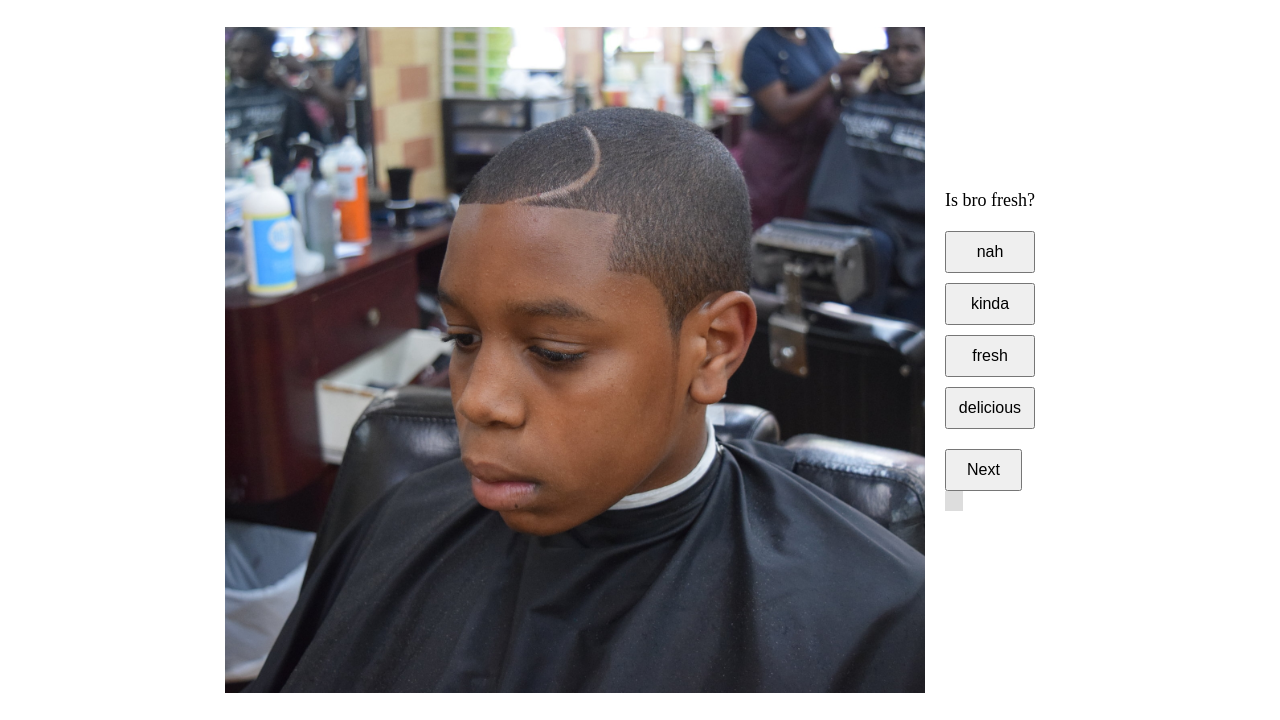
Repository: anderscederberg11/unhandledRuntimeError.json
Page: Henver/henver2.html
These files come from the project's save history. The page is drawn as it stood at one moment and after the next save; the edit follows.
The browser window is 1280 px wide. The pictures show the whole page.

Above is the page before, as saved 2024-05-24 18:31:40.

After the next save:
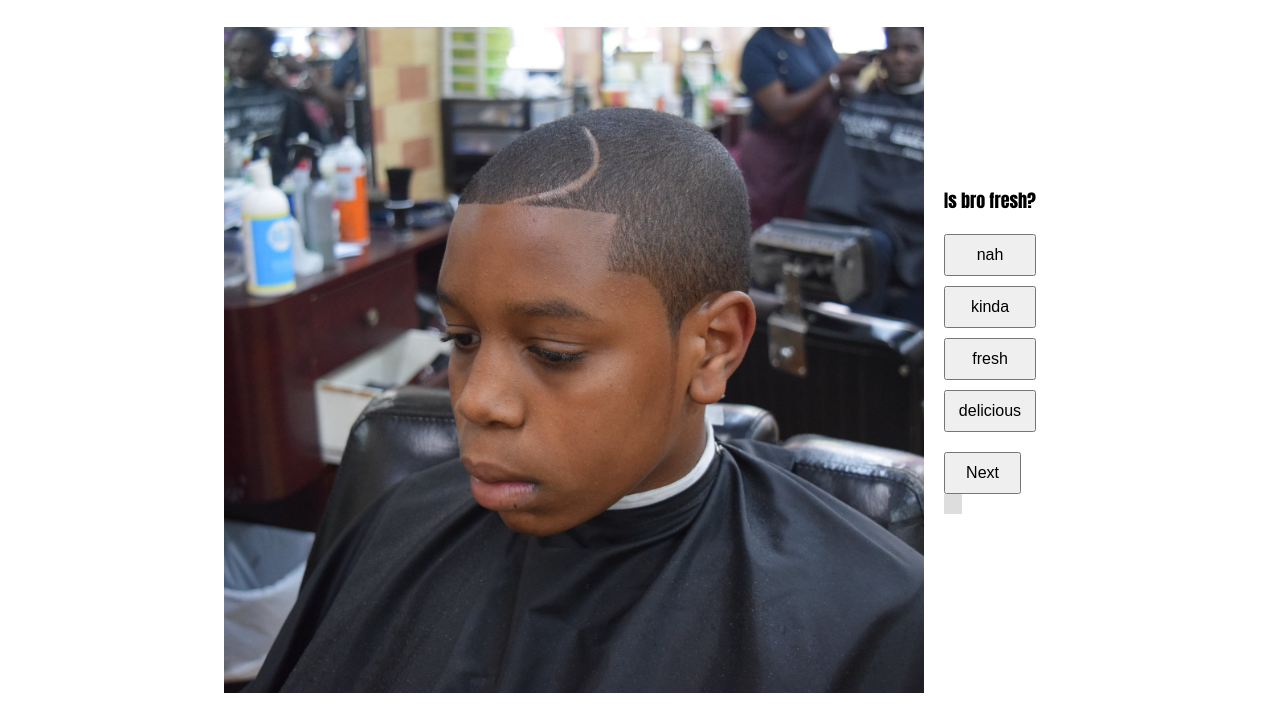
Saved 22 s later.
--- a/Henver/henver2.css
+++ b/Henver/henver2.css
@@ -26,6 +26,7 @@ body, html {
 }
 
 #question {
+    font-family: Impact, Haettenschweiler, 'Arial Narrow Bold', sans-serif;
     font-size: 18px;
     margin-bottom: 20px;
 }
